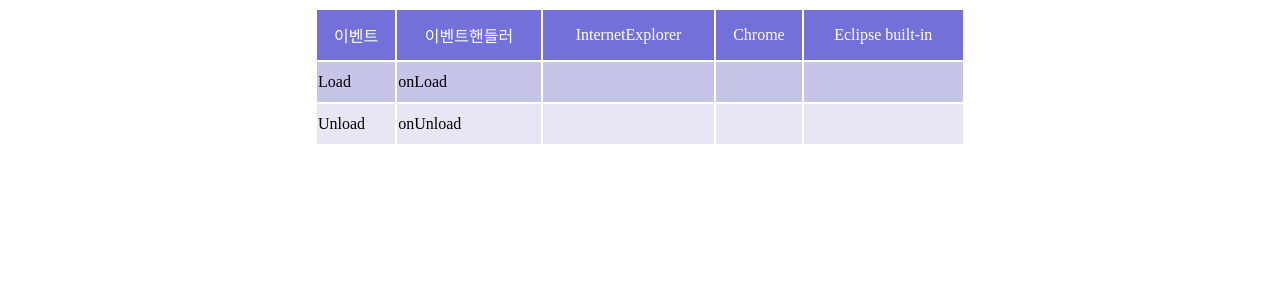
Repository: jpg723/Assignment
Page: 웹프로그래밍/Practice_A_01/src/main/webapp/practice_A_01.html
An editor plug-in stored every save of this project. The page is shown before and after the next save, followed by the edit.
The browser window is 1280 px wide. The pictures show the whole page.

Above is the page before, as saved 2021-10-02 05:03:01.

After the next save:
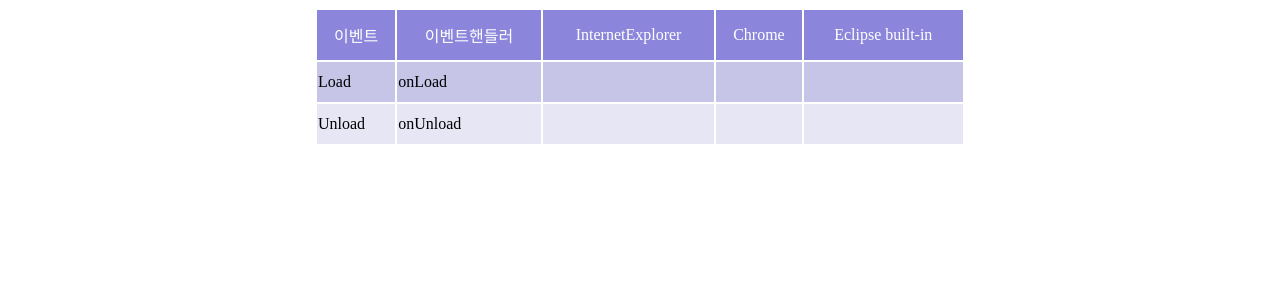
Saved 9 s later.
--- a/웹프로그래밍/Practice_A_01/src/main/webapp/practice_A_01.html
+++ b/웹프로그래밍/Practice_A_01/src/main/webapp/practice_A_01.html
@@ -13,7 +13,7 @@
 	}
 
 	tr.box1 {
-		background-color: #7371d9;
+		background-color: #8b86db;
 		color: white;
 		width: 10px;
 		height: 50px;

After the save that followed:
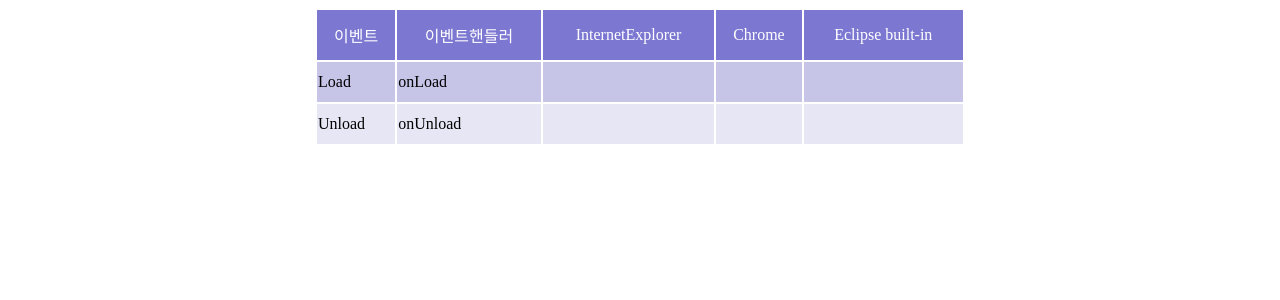
Saved 20 s later.
--- a/웹프로그래밍/Practice_A_01/src/main/webapp/practice_A_01.html
+++ b/웹프로그래밍/Practice_A_01/src/main/webapp/practice_A_01.html
@@ -13,7 +13,7 @@
 	}
 
 	tr.box1 {
-		background-color: #8b86db;
+		background-color: #7c77d1;
 		color: white;
 		width: 10px;
 		height: 50px;
